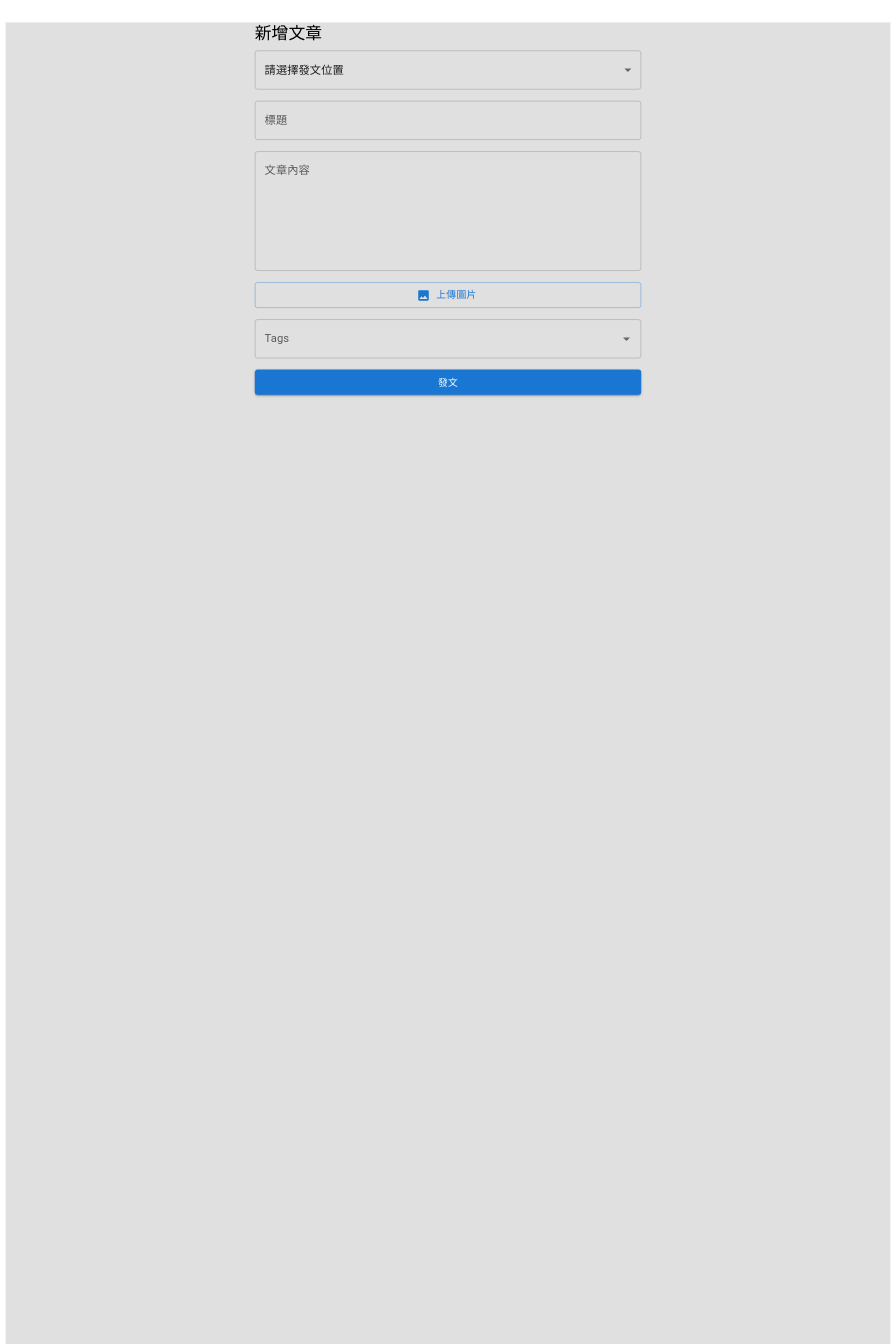
Repository: Angelaliii/SA
Page: /publish (app in next/)
An editor plug-in stored every save of this project. The page is shown before and after a run of saves, followed by the edit.
The browser window is 1280 px wide. The pictures show the part of the page from y = 0 to 1920 px (the page is 7240 px tall), at 70% of full size.
The project was rebuilt for these pictures with package versions that can differ from the ones it lists, and the page was loaded fresh each time. The framework's server and built-in components were replaced by stand-ins that run in the browser.

Above is the page before, as saved 2025-03-24 17:30:38.

After the next 4 saves:
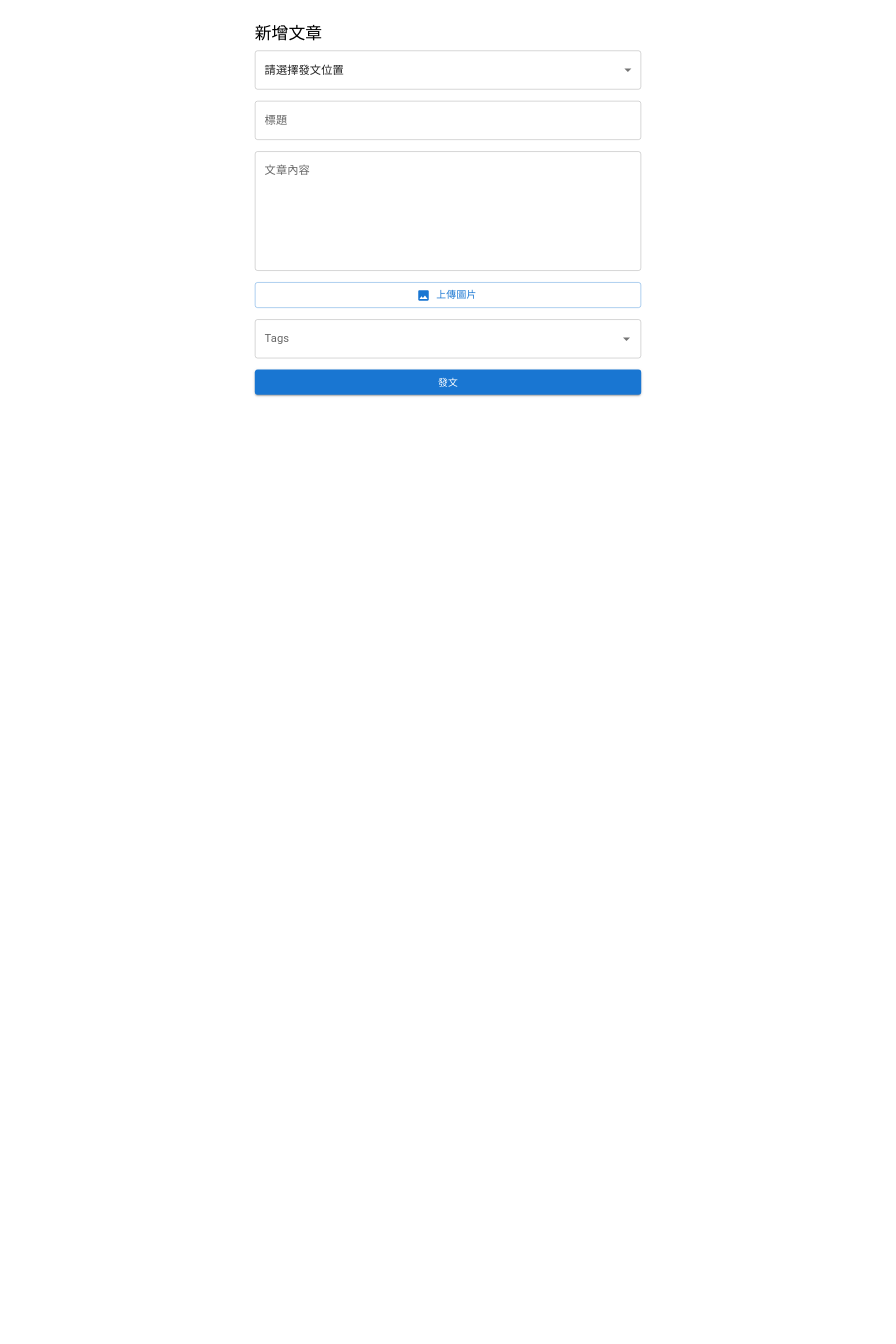
The 4 saves are shown as one change because they came seconds apart.
The last was saved 10 s later.
--- a/next/app/publish/page.tsx
+++ b/next/app/publish/page.tsx
@@ -23,7 +23,7 @@ export default function PublishPage() {
   };
 
   return (
-    <Box  sx={{ height: '1000vh', bgcolor: 'grey.300' }}>
+    <Box  sx={{ height: '1000vh',  }}>
       <Container maxWidth="sm" sx={{ mt: 4 }}>
         <Typography variant="h5" gutterBottom>新增文章</Typography>
         <Stack spacing={2}>
